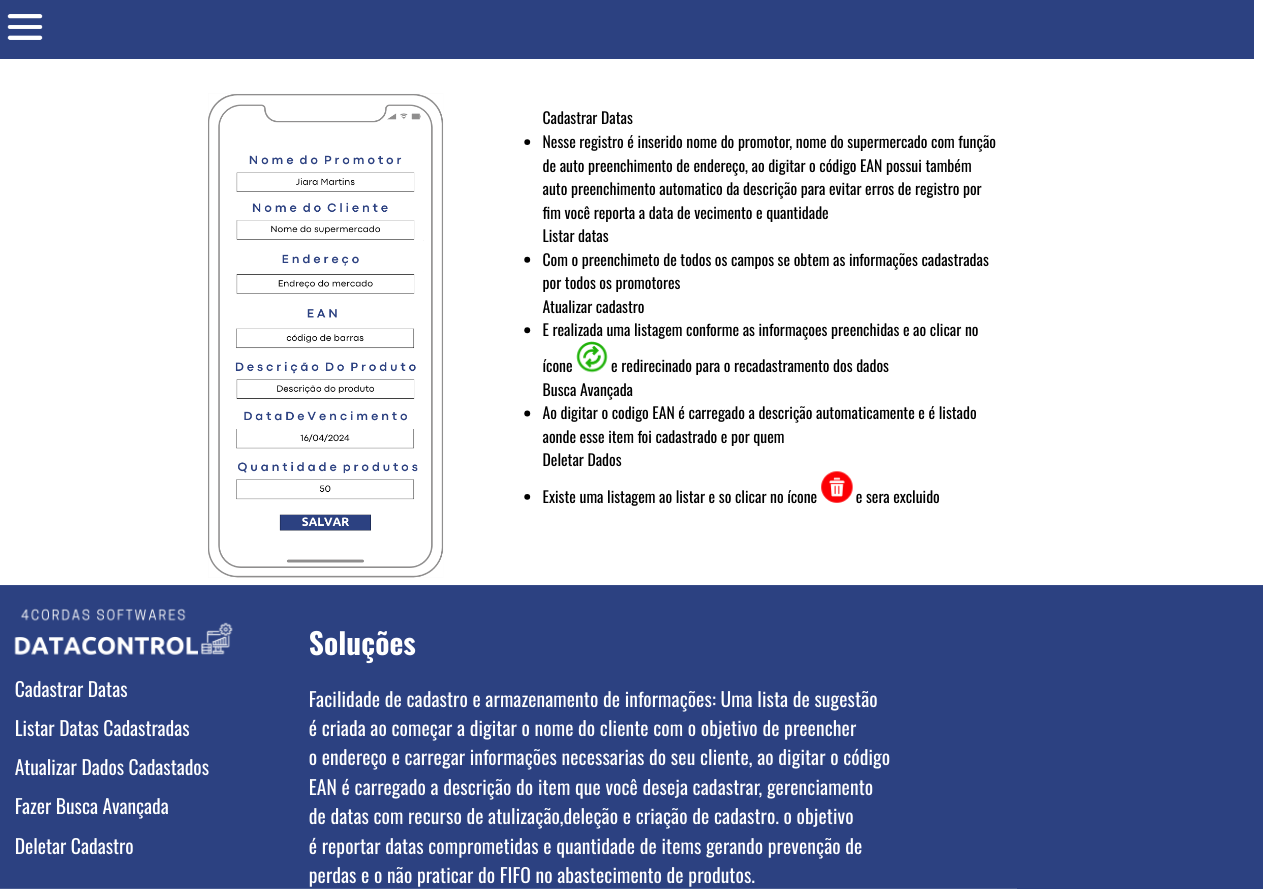
Repository: alfredo-allan/ControleDeDatasFrontEnd
Page: index.html
An editor plug-in stored every save of this project. The page is shown before and after a run of saves, followed by the edit.
The browser window is 1280 px wide. The page is 1289 px wide, so the pictures cover 1289 px, including what lies to the right of the window. The pictures show the whole page, at 98% of full size.

Above is the page before, as saved 2024-04-30 14:39:41.
Console error: TypeError: Cannot read properties of null (reading 'addEventListener')

### index.html
<!DOCTYPE html>
<html lang="pt-BR">
  <head>
    <meta charset="UTF-8" />
    <meta name="viewport" content="width=device-width, initial-scale=1.0" />
    <link rel="stylesheet" href="./style/style.css" />
    <link rel="preconnect" href="https://fonts.googleapis.com" />
    <link rel="preconnect" href="https://fonts.gstatic.com" crossorigin />
    <link
      href="https://fonts.googleapis.com/css2?family=Oswald:wght@200..700&display=swap"
      rel="stylesheet"
    />
    <title>Controle de Datas</title>
  </head>
  <body>
    <div class="header">
      <div id="menu-icon">
        <img id="icon-menu" src="./images/barra-de-menu.png" alt="" />
      </div>
      <div id="titulo">
        <!-- <h1>Controle De Datas</h1> -->
      </div>
      <div id="menu-options">
        <ul>
          <!-- <img id="usuario" src="./images/usuario-exemplo.jpg" alt="" /> -->
          <a href="pages/cadastro.html"><li>Cadastrar Datas</li></a>
          <a href="pages/listagem.html"><li>Listar Datas</li></a>
          <a href="pages/atualizar.html"><li>Atualizar Cadastro</li></a>
          <a href="pages/buscaavancada.html"><li>Busca Avançada</li></a>
          <a href="pages/deletar.html"><li>Deletar Dados</li></a>
        </ul>
      </div>
    </div>
    <img id="instrucao" src="./images/CadastrarDatas.png" alt="">
    <div class="coluna">
    <ul>
      <span>Cadastrar Datas</span>
      <li>Nesse registro é inserido nome do promotor, nome do supermercado com função de auto preenchimento de endereço, ao digitar o código EAN possui também auto preenchimento automatico da descrição para evitar erros de registro por fim você reporta a data de vecimento e quantidade</li>
      <span>Listar datas</span>
      <li>Com o preenchimeto de todos os campos se  obtem as informações cadastradas por todos os promotores</li>
      <span>Atualizar cadastro</span>
      <li>E realizada uma listagem conforme as informaçoes preenchidas e ao clicar no ícone <img src="./images/repetir.png" alt=""> e redirecinado para o recadastramento dos dados</li>
      <span>Busca Avançada</span>
      <li>Ao digitar o codigo EAN é carregado a descrição automaticamente e é listado aonde esse item foi cadastrado e por quem</li>
      <span>Deletar Dados</span>
      <li>Existe uma listagem ao listar e so clicar no ícone <img src="./images/excluir.png" alt=""> e sera excluido</li>
    </ul>
    </div>
    </div>
    <div class="footer">
      <div id="mapa" class="col-sm-6">
        <img id="tootext" src="./images/data.png" alt="" />
        <ul id="mapadosite">
          <a href="./pages/cadastro.html"><li>Cadastrar Datas</li></a>
          <a href="./pages/listagem.html"><li>Listar Datas Cadastradas</li></a>
          <a href="./pages/atualizar.html"
            ><li>Atualizar Dados Cadastados</li></a
          >
          <a href="./pages/buscaavancada.html"><li>Fazer Busca Avançada</li></a>
          <a href="./pages/deletar.html"><li>Deletar Cadastro</li></a>
        </ul>
      </div>
      <div id="solucao" class="col-sm-6">
        <span>Soluções</span>
        <p>
          Facilidade de cadastro e armazenamento de informações: Uma lista de
          sugestão <br />
          é criada ao começar a digitar o nome do cliente com o objetivo de
          preencher <br />
          o endereço e carregar informações necessarias do seu cliente, ao
          digitar o código <br />
          EAN é carregado a descrição do item que você deseja cadastrar,
          gerenciamento <br />
          de datas com recurso de atulização,deleção e criação de cadastro. o
          objetivo <br />
          é reportar datas comprometidas e quantidade de items gerando prevenção
          de <br />
          perdas e o não praticar do FIFO no abastecimento de produtos.
        </p>
      </div>
    </div>
  </body>
  <script src="./js/script.js"></script>
</html>

### style/style.css
:root {
  --cor-azul: rgb(44, 65, 129);
  --oswald-font: "Oswald", sans-serif;
  --luthier-font: "Luthier";
}

body {
  font-family: var(--oswald-font);
}

@font-face {
  font-family: "Luthier";
  src: url("../fonts/LuthierFF/Luthier-Regular.ttf") format("truetype");
  /* Adicione mais formatos (e.g. woff, woff2) conforme necessário */
}

#titulo h1 {
  font-family: var(--luthier-font);
  letter-spacing: 3px;
  font-weight: 900;
  color: white;
  margin-top: -30px;
  margin-left: 55px;
}

.column {
  display: flex;
  flex-direction: column;
  align-items: center;
  padding: 10px 20px 15px 15px;
  border: 1px solid #ccc;
  border-radius: 5px;
  width: 300px;
  margin: 0 auto;
  span {
    font-weight: 900;
    font-family: var(--luthier-font);
    letter-spacing: 3px;
    margin-bottom: 10px;
    color: var(--cor-azul);
  }
}

#logo img {
  margin-top: 200px;
  width: 250px;
  margin-left: 50px;
}

#logo {
  h1 {
    text-align: center;
    text-wrap: nowrap;
    font-size: 25px;
    font-family: var(--oswald-font);
    font-weight: 900;
    letter-spacing: 2px;
    color: var(--cor-azul);
  }
}

#form {
  margin-top: 80px;
}

input {
  margin-bottom: 5px;
  padding: 5px;
  width: 100%;
  box-sizing: border-box;
  font-weight: 600;
  margin-bottom: 10px;
}

input::placeholder {
  text-align: center;
  color: gray;
  font-family: var(--oswald-font);
  font-weight: 400;
}

input:focus {
  outline-color: var(--cor-azul); /* Altere a cor aqui */
}

.header {
  position: fixed;
  top: 0;
  left: 0;
  width: 100%;
  height: 60px;
  background-color: var(--cor-azul);
}

#icon-menu {
  width: 35px;
  margin-top: 10px;
  z-index: 1;
  margin-left: 8px;
  cursor: pointer;
}

#menu-options ul {
  list-style: none;
  padding: 0;
  margin-left: 5px;
  font-size: 20px;
  font-weight: 500;
  text-wrap: nowrap;
  font-family: var(--oswald-font);
  z-index: 999;
}

#menu-options ul li {
  padding: 10px;
  letter-spacing: 2px;
  cursor: pointer;
  z-index: 999;
}

a {
  text-decoration: none; /* Remove sublinhado */
  color: inherit; /* Mantém a cor padrão do texto */
  /* Adicione quaisquer outros estilos desejados para o link */
}

#menu-options {
  display: none;
  position: absolute;
  top: 0;
  left: 0;
  margin-top: 60px;
  width: 55%;
  height: 41vh;
  border-bottom-right-radius: 15px;
  background-color: var(--cor-azul);
  color: white;
  font-family: var(--oswald-font);
  font-weight: 900;
  z-index: 999;
}

button {
  text-align: center;
  width: 110px;
  height: 30px;
  padding: 6px 30px;
  background-color: rgba(44, 65, 129, 0.897);
  border-radius: 5px;
  color: white;
  border: none;
  border-radius: 5px;
  cursor: pointer;
  font-family: var(--oswald-font);
}

button:focus {
  outline: 2px solid var(--cor-azul);
}

.footer {
  width: 102%;
  position: relative;
  margin-top: 5%;
  margin-left: -8px;
  margin-bottom: -20px;
  background-color: var(--cor-azul);
}

.footer img {
  width: 300px;
  height: 60px;
  margin-top: 2px;
  cursor: pointer;
  margin-left: 10px;
}

#autocomplete-list-id {
  background-color: #f1f1f1;
  border: 1px solid #d4d4d4;
  color: var(--cor-azul);
  border-top: none;
  max-height: 200px;
  overflow-y: auto;
  position: absolute;
  /* z-index: 999; */
  margin-top: -10px;
  margin-left: 60px;
}

.autocomplete-items div {
  padding: 10px;
  cursor: pointer;
  background-color: #fff;
  border-bottom: 1px solid #d4d4d4;
}

.autocomplete-items div:hover {
  background-color: #e9e9e9;
}

.autocomplete-items div strong {
  font-weight: bold;
}

#data-list {
  margin: 0 auto;
  left: 50%;
  transform: translateX(-50%);
  margin: 0 auto;
  left: 50%;
  top: 60%;
  transform: translate(-50%, -50%);
  /* border: 1px solid var(--cor-azul); */
  color: var(--cor-azul);
  border-radius: 5px;
  max-height: 330px;
  overflow-y: auto;
  position: absolute;
  z-index: -1;
  margin-top: 110px;
  margin-left: 0px;
  width: 336px;
  list-style: none;
  .name {
    font-family: var(--oswald-font);
    font-weight: 900;
    font-size: 17px;
  }
  .item {
    font-family: var(--oswald-font);
    font-weight: 500;
    font-size: 15;
    color: rgb(0, 0, 0);
  }
}

/* #promotor {
  line-height: 60px;
} */

#data-list {
  /* Estilos do elemento #data-list */
  /* Defina outras propriedades conforme necessário */

  scrollbar-color: var(--cor-azul) var(--cor-azul); /* Cor da barra de rolagem e do fundo da barra */
}

#data-list::-webkit-scrollbar {
  width: 10px; /* Largura da barra de rolagem */
}

#data-list::-webkit-scrollbar-thumb {
  background-color: white; /* Cor da barra de rolagem */
  border-radius: 5px; /* Raio de borda da barra de rolagem */
}

#texto-descritivo {
  text-align: justify;
  margin-top: 200px;
  position: fixed;
  font-family: var(--luthier-font);
  letter-spacing: 3px;
  line-height: 2;
  margin-right: 8px;
  font-weight: 900;
  color: var(--cor-azul);
}

#del {
  width: 25px;
  margin: -4px;
  margin-left: 20px;
}

#atualizar {
  width: 25px;
  margin: -5px;
  margin-left: 20px;
}

.video {
  width: 100%;
  height: 100vh; /* Altura ocupando toda a tela */
}

.video video {
  position: fixed;
  top: 0;
  left: 0;
  width: 100%;
  height: 20%;
  object-fit: cover;
  margin-top: 52px;
}

.modal {
  display: none; /* Escondido por padrão */
  position: fixed;
  z-index: 1;
  left: 0;
  top: 0;
  width: 100%;
  height: 100%;
  overflow: auto;
  background-color: rgba(0, 0, 0, 0.4);
}

.modal-content {
  background-color: #fefefe;
  margin: 15% auto;
  padding: 20px;
  border: 2px solid #888;
  width: 80%;
  border-radius: 10px;
  p {
    text-align: center;
    font-family: var(--luthier-font);
    letter-spacing: 3px;
    font-weight: 600;
    color: var(--cor-azul);
  }
}

.close {
  color: #aaa;
  float: right;
  font-size: 28px;
  font-weight: bold;
}

.close:hover,
.close:focus {
  color: black;
  text-decoration: none;
  cursor: pointer;
}

#modalbtn {
  text-align: center;
}

#confirmButton {
  margin-right: 5px;
}

#tootext {
  margin-left: -40px;
  margin-top: 20px;
}

#mapadosite {
  font-family: var(--oswald-font);
  list-style: none;
  margin-top: 0px;
  line-height: 40px;
  text-align: left;
  margin-left: -25px;
  color: white;
  font-size: 20px;
}

#mapa {
  text-align: left;
}

#solucao {
  margin-top: -270px;
  margin-left: 315px;
  font-family: var(--oswald-font);
  letter-spacing: 0.1px;
  color: white;
  span {
    font-size: 30px;
    font-weight: 900;
  }
  p {
    font-size: 20px;
    text-align: left;
  }
}

@media (min-width: 310px) and (max-width: 580px) {
  #solucao {
    margin-top: -10px;
    margin-left: -200px;
    text-align: center;
  }
}

@media (min-width: 310px) and (max-width: 580px) {
  #solucao span {
    margin-left: -30px;
  }
}

@media (min-width: 310px) and (max-width: 580px) {
  #solucao p {
    font-size: 20px;
    text-align: left;
    margin-left: 215px;
  }
}

@media (min-width: 310px) and (max-width: 580px) {
  .footer {
    margin-top: 20%;
    position: absolute;
    margin-left: -8px;
    width: 100%;
    margin-bottom: 0px;
  }
}

.footer_pg {
  position: fixed;
  left: 0;
  bottom: 0;
  width: 100%;
  height: 60px;
  background-color: var(--cor-azul);
}

@media (min-width: 310px) and (max-width: 580px) {
  .footer_pg img {
    margin-left: auto;
    margin-right: auto;
    display: block;
  }
}

#instrucao {
  margin-top: 80px;
  width: 250px;
  margin-left: 200px;
}

@media (min-width: 500px) and (max-width: 1200px) {
  #instrucao {
    margin-left: 20px;
  }
}

.coluna {
  display: flex;
  flex-direction: column;
  justify-content: center;
  margin-left: 40%;
  margin-top: -40%;
  width: 40%;
  posi
  li {
    list-style: none;
    margin-bottom: 20px;
  }


}

### js/script.js
document.addEventListener("DOMContentLoaded", function () {
  carregarDados();

  document
    .getElementById("data-vencimento")
    .addEventListener("input", formatarData);

  document.getElementById("ean").addEventListener("input", function () {
    var eanSelecionado = document.getElementById("ean").value;
    preencherDescricaoPorEAN(eanSelecionado);
  });
});

function formatarData() {
  let inputData = document.getElementById("data-vencimento").value;

  let dataFormatada = inputData.replace(/^(\d{2})(\d{2})(\d{2})$/, "$1/$2/$3");

  document.getElementById("data-vencimento").value = dataFormatada;
}

function preencherDescricaoPorEAN(ean) {
  fetch("../frutap.json")
    .then((response) => response.json())
    .then((data) => {
      const mercados = data.mercados;

      for (let mercado of mercados) {
        const produto = mercado.produtos.find(
          (produto) => produto.codigoEAN === ean
        );
        if (produto) {
          document.getElementById("descricao-produto").value =
            produto.descricao;
          return; // Encerra o loop assim que encontrar o produto correspondente
        }
      }

      // Se não encontrou nenhum produto com o código EAN correspondente
      document.getElementById("descricao-produto").value =
        "Produto não encontrado";
    })
    .catch((error) => {
      console.error("Erro ao carregar os dados do arquivo JSON:", error);
    });
}

function carregarDados() {
  fetch("../frutap.json")
    .then((response) => {
      if (response.ok) {
        return response.json();
      } else {
        throw new Error("Erro ao carregar os dados");
      }
    })
    .then((data) => {
      if (data && data.mercados) {
        const mercados = data.mercados.map((mercado) => mercado.nome);
        const codigosEAN = data.mercados.map((mercado) => mercado.codigoEAN);
        const enderecos = data.mercados.map((mercado) => mercado.endereco);

        autocomplete(document.getElementById("nome-cliente"), mercados, data);
        autocomplete(document.getElementById("ean"), codigosEAN);
        autocomplete(
          document.getElementById("endereco-cliente"),
          enderecos,
          data
        );
      } else {
        console.error("Formato de dados inválido");
      }
    })
    .catch((error) => {
      console.error("Erro ao carregar os dados do arquivo JSON:", error);
    });
}
function autocomplete(inp, arr, data) {
  var currentFocus;

  inp.addEventListener("input", function (e) {
    var a,
      b,
      i,
      val = this.value;
    closeAllLists();
    if (!val) {
      return false;
    }
    currentFocus = -1;
    a = document.createElement("DIV");
    a.setAttribute("id", "autocomplete-list-id");
    a.setAttribute("class", "autocomplete-items");
    this.parentNode.appendChild(a);
    for (i = 0; i < arr.length; i++) {
      if (
        arr[i] &&
        arr[i].substr(0, val.length).toUpperCase() == val.toUpperCase()
      ) {
        b = document.createElement("DIV");
        b.innerHTML = "<strong>" + arr[i].substr(0, val.length) + "</strong>";
        b.innerHTML += arr[i].substr(val.length);
        b.innerHTML += "<input type='hidden' value='" + arr[i] + "'>";
        b.addEventListener("click", function (e) {
          inp.value = this.getElementsByTagName("input")[0].value;
          closeAllLists();
          // Preencher o campo de Endereço do mercado ao selecionar o nome do mercado
          var selectedMarket = this.getElementsByTagName("input")[0].value;
          var mercadoSelecionado = data.mercados.find(
            (mercado) => mercado.nome === selectedMarket
          );
          if (mercadoSelecionado) {
            var enderecoCompleto =
              mercadoSelecionado.endereco.rua +
              ", " +
              mercadoSelecionado.endereco.bairro +
              ", " +
              mercadoSelecionado.endereco.cidade +
              ", " +
              mercadoSelecionado.endereco.estado;
            document.getElementById("endereco-cliente").value =
              enderecoCompleto;
          }
        });
        a.appendChild(b);
      }
    }
  });

  function closeAllLists(elmnt) {
    var x = document.getElementsByClassName("autocomplete-items");
    for (var i = 0; i < x.length; i++) {
      if (elmnt != x[i] && elmnt != inp) {
        x[i].parentNode.removeChild(x[i]);
      }
    }
  }

  document.addEventListener("click", function (e) {
    closeAllLists(e.target);
  });
}

const menuIcon = document.getElementById("menu-icon");
const menuOptions = document.getElementById("menu-options");

menuIcon.addEventListener("click", function () {
  if (menuOptions.style.display === "none") {
    menuOptions.style.display = "block";
  } else {
    menuOptions.style.display = "none";
  }
});

document.getElementById("btn-salvar").addEventListener("click", function () {
  const nomePromotor = document.getElementById("nome-promotor").value;
  const nomeCliente = document.getElementById("nome-cliente").value;
  const enderecoCliente = document.getElementById("endereco-cliente").value;
  const ean = document.getElementById("ean").value;
  const descricaoProduto = document.getElementById("descricao-produto").value;
  const dataVencimento = document.getElementById("data-vencimento").value;
  const quantidadeProdutos = document.getElementById(
    "quantidade-produtos"
  ).value;

  fetch("https://v1controledatas.pythonanywhere.com/salvar-dados", {
    method: "POST",
    headers: {
      "Content-Type": "application/json",
    },
    body: JSON.stringify({
      nomePromotor: nomePromotor,
      nomeCliente: nomeCliente,
      enderecoCliente: enderecoCliente,
      ean: ean,
      descricaoProduto: descricaoProduto,
      dataVencimento: dataVencimento,
      quantidadeProdutos: quantidadeProdutos,
    }),
  })
    .then((response) => {
      if (response.ok) {
        // alert("Dados salvos com sucesso!");
      } else {
        throw new Error("Erro ao salvar os dados");
      }
    })
    .catch((error) => {
      console.error("Erro ao salvar os dados:", error);
    });
});

// Selecionando o botão de fechar e o modal

Loaded but not shown: frutap.json (455 lines, source omitted)

After the next 2 saves:
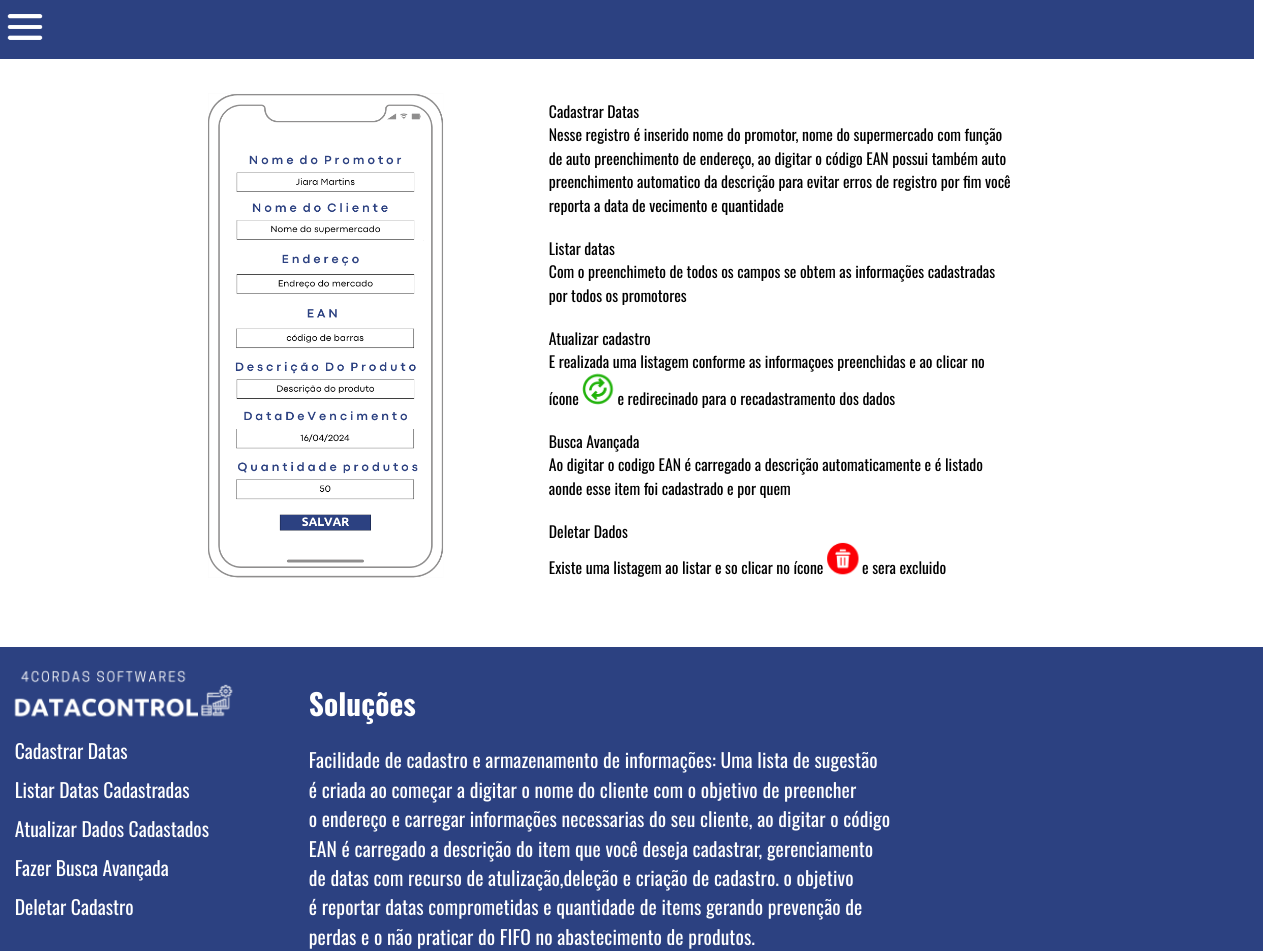
The 2 saves are shown as one change because they came seconds apart.
The last was saved 9 s later.
--- a/style/style.css
+++ b/style/style.css
@@ -448,7 +448,7 @@ button:focus {
   margin-left: 40%;
   margin-top: -40%;
   width: 40%;
-  posi
+  position: fixed;
   li {
     list-style: none;
     margin-bottom: 20px;
